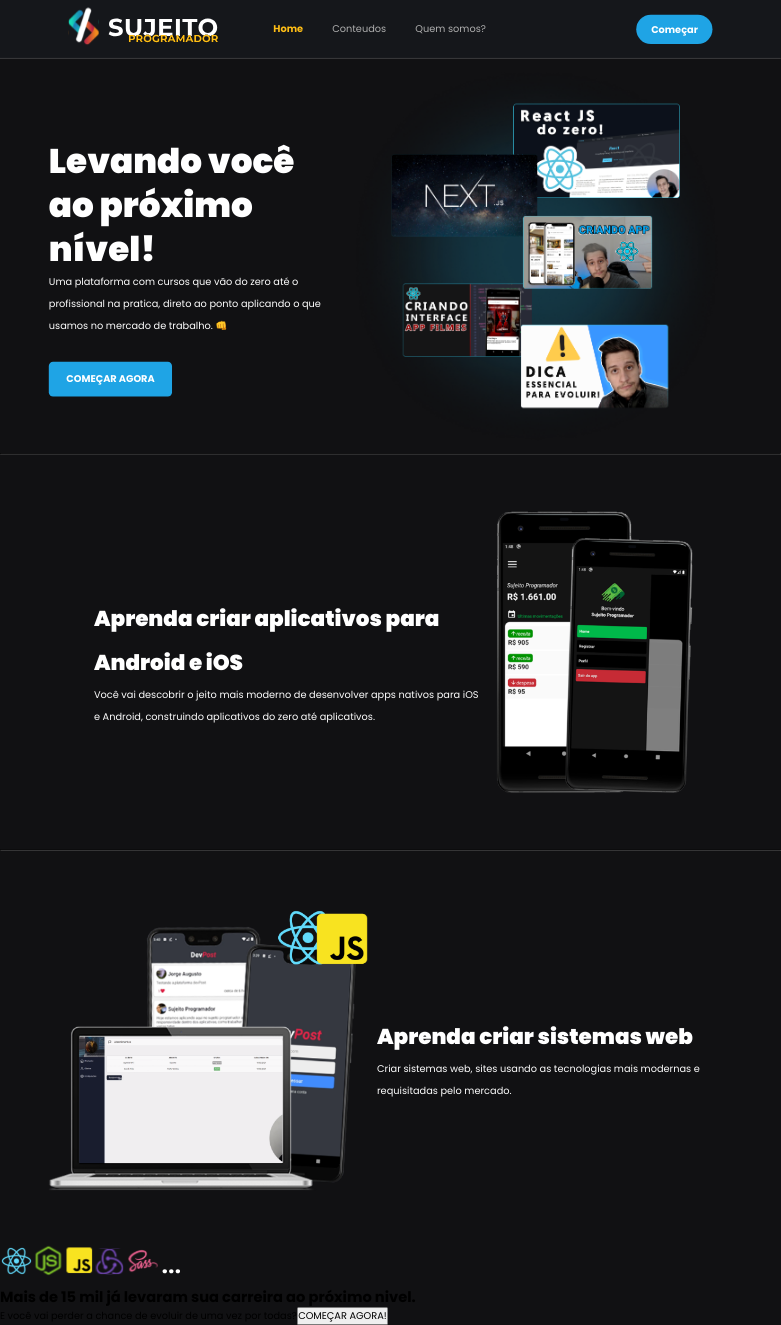
Repository: ArthurHendrich/Blog
Page: /
An editor plug-in stored every save of this project. The page is shown before and after the next save, followed by the edit.
The browser window is 1280 px wide. The pictures show the whole page, at 61% of full size.
The project was rebuilt for these pictures with package versions that can differ from the ones it lists, and the page was loaded fresh each time. The framework's server and built-in components were replaced by stand-ins that run in the browser. Also part of the build but not shown: next.config.js.

Above is the page before, as saved 2022-07-06 00:00:23.

After the next save:
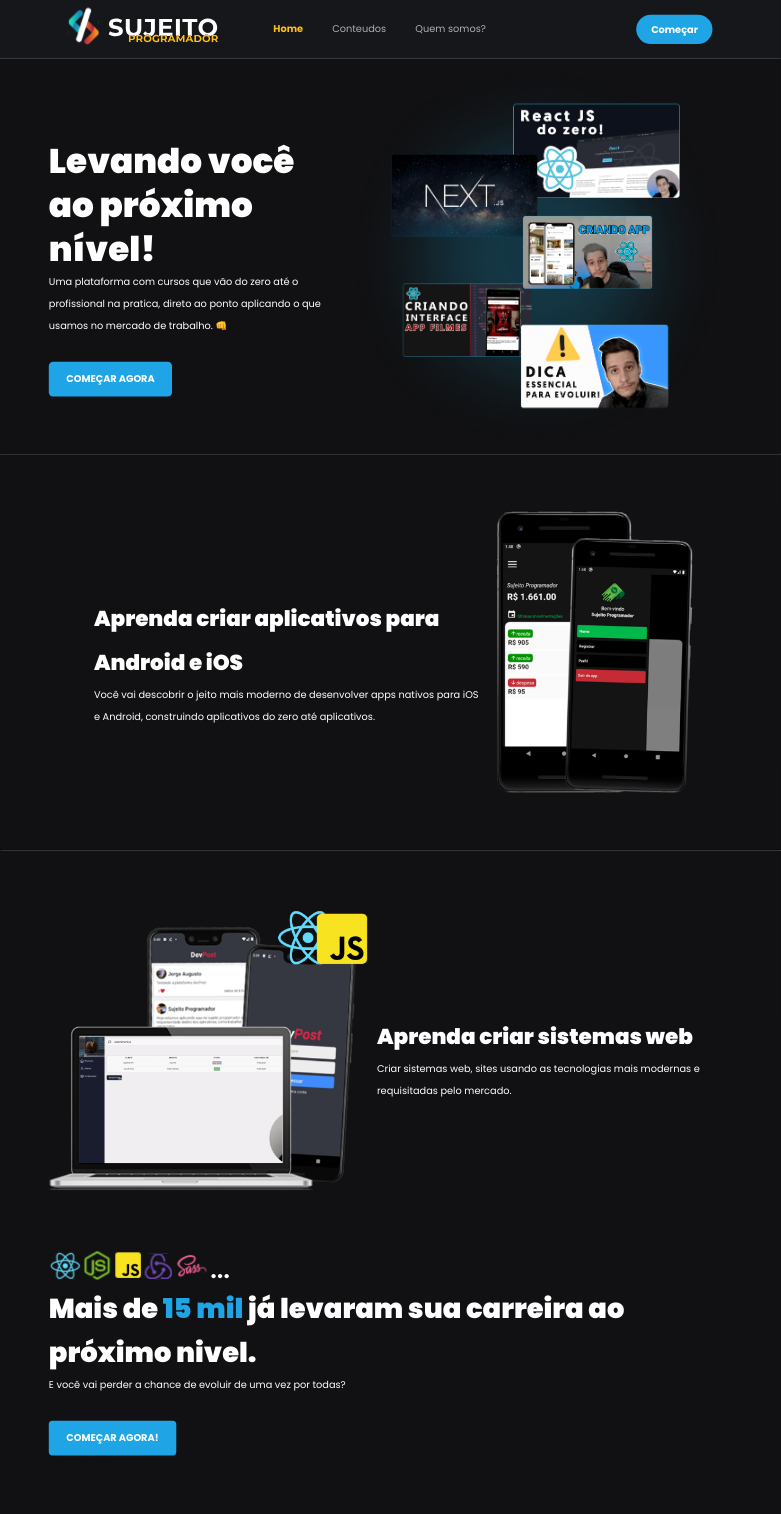
Saved 3 min 55 s later.
--- a/src/styles/home.module.scss
+++ b/src/styles/home.module.scss
@@ -87,3 +87,47 @@
     color: var(--white);
   }
 }
+
+.nextLevelContent {
+  max-width: 1120px;
+  margin: 6rem auto;
+  display: flex;
+  align-items: flex-start;
+  flex-direction: column;
+
+  h2 {
+    font-size: 2.8rem;
+    line-height: 4.5rem;
+    font-weight: 900;
+    color: var(--white);
+
+    span {
+      font-size: 2.8rem;
+      line-height: 4.5rem;
+      font-weight: 900;
+      color:var(--blue-900);
+    }
+  }
+
+  span{
+    font-size: 1rem;
+    line-height: 2.25rem;
+    color: var(--white);
+  }
+
+  button {
+    background: var(--blue-900);
+    border: 0;
+    padding: 1rem 1.8rem;
+    margin-top: 2.5rem;
+    border-radius: 6px;
+    color: var(--white);
+    font-weight: bold;
+
+    transition: filter 0.2s;
+
+    &:hover {
+      filter: brightness(1.1), blur(2px);
+    }
+  }
+}
